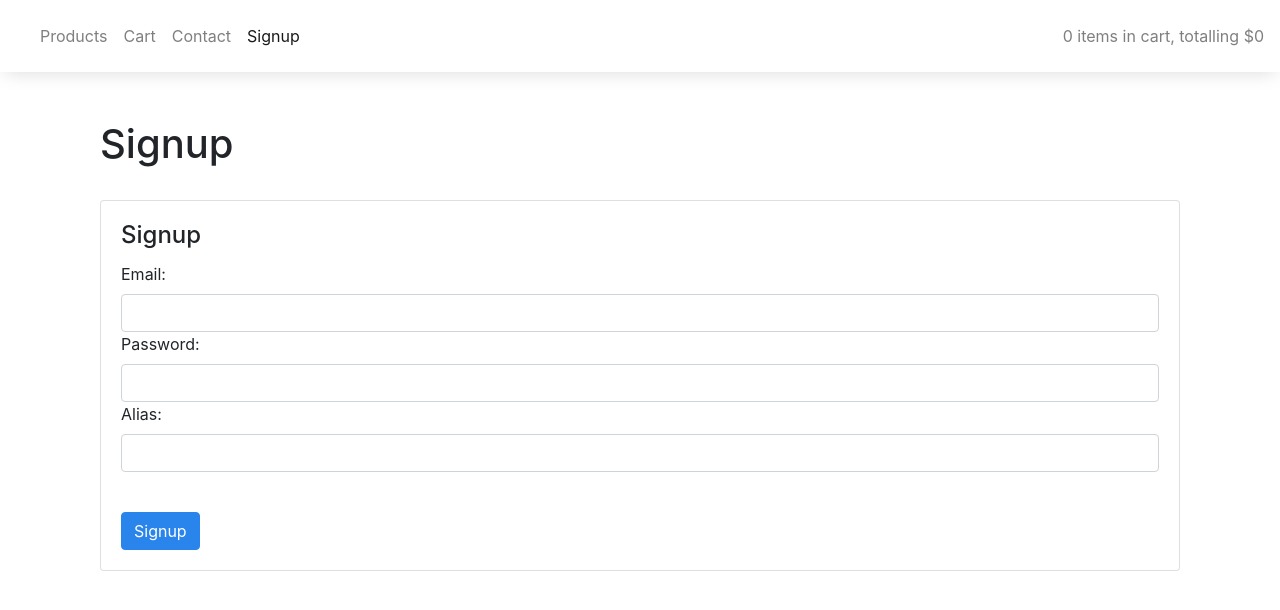
Repository: dayrim/wavecraft
Page: /signup
These files come from the project's save history. The page is drawn as it stood at one moment and after the next save; the edit follows.
The browser window is 1280 px wide. The pictures show the whole page.
The project was rebuilt for these pictures with package versions that can differ from the ones it lists, and the page was loaded fresh each time. Also part of the build but not shown: vue.config.js.

Above is the page before, as saved 2019-04-22 16:07:06.

After the next save:
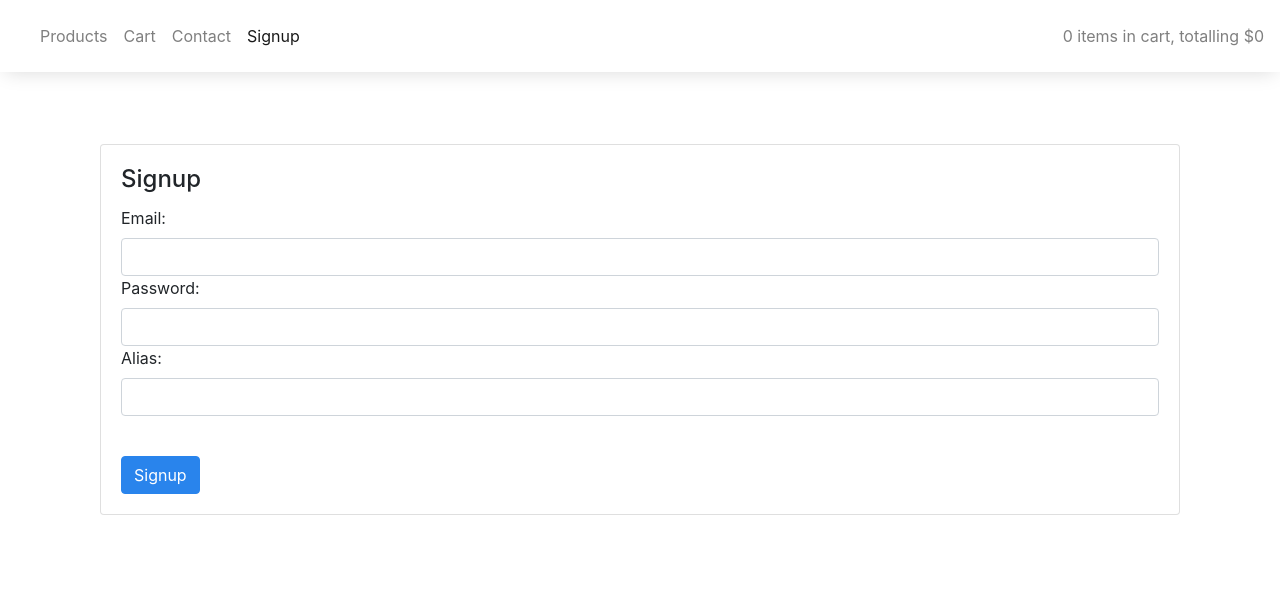
Saved 19 s later.
--- a/src/components/Signup.vue
+++ b/src/components/Signup.vue
@@ -1,6 +1,5 @@
 <template>
   <b-container fluid>
-    <h1>Signup</h1>
     <br />
 
     <b-card title="Signup">
